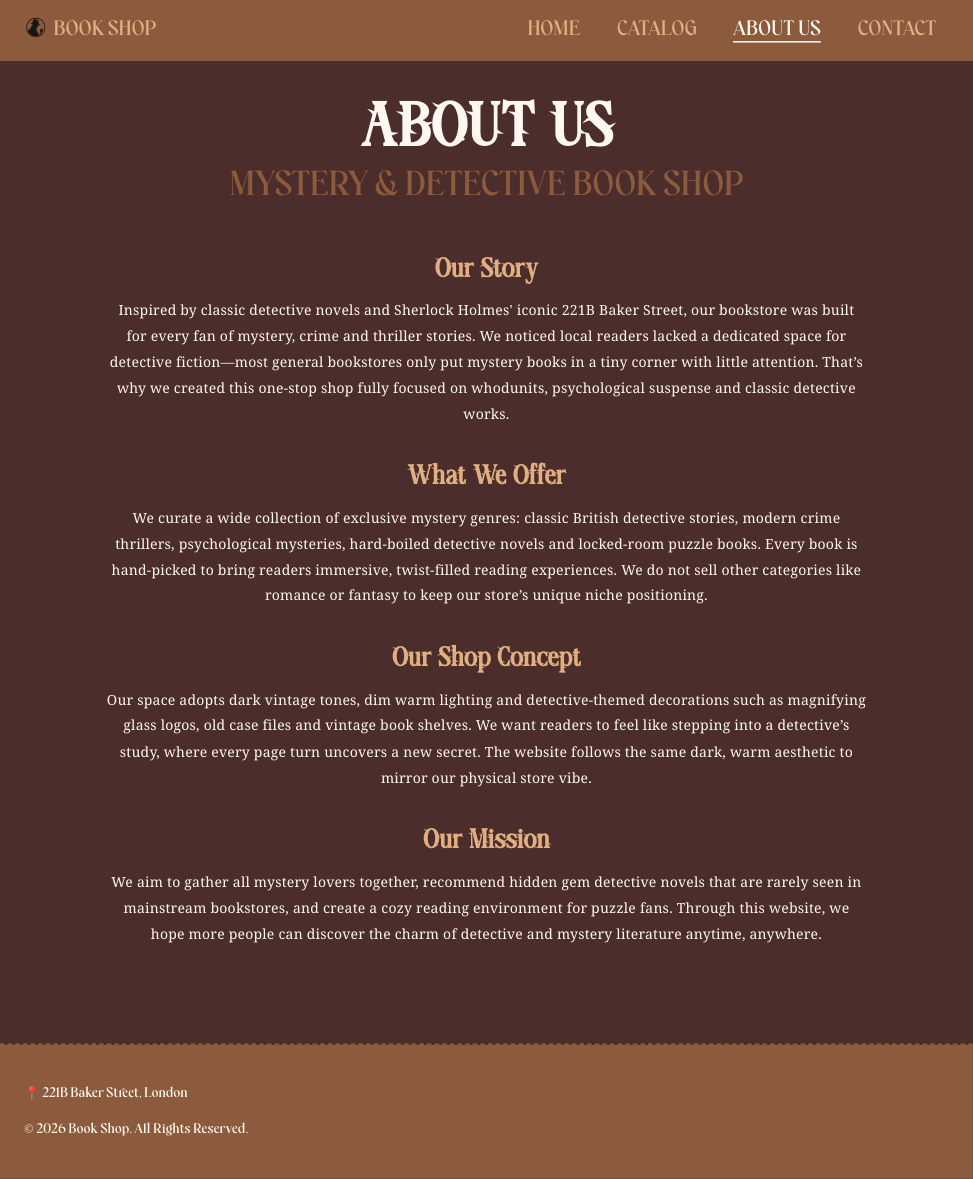
Repository: Nicholas0103/Book_Shop
Page: html/about.html
The author's editor kept a copy of each file at every save. The page is drawn from the files as they stood at one save, then again after the next save.
The browser window is 1280 px wide. The pictures show the whole page, at 76% of full size.

Above is the page before, as saved 2026-07-26 17:39:04.
Console error: TypeError: Cannot read properties of null (reading 'addEventListener')

### html/about.html

<!DOCTYPE html>
<html lang="en">

<head>
    <meta charset="UTF-8">
    <meta name="viewport" content="width=device-width, initial-scale=1.0">
    <title>Mystery Bookstore</title>
    <link rel="stylesheet" href="/css/style.css">
</head>

<body>

    <header>
        <div class="logo">
            <img src="/assets/images/logo.png" class="logo-img" alt="logo">
            <p>Book Shop</p>
        </div>
        <nav>
            <ul class="top-bar">
                <li><a href="index.html">Home</a></li>
                <li><a href="#features">Catalog</a></li>
                <li><a href="#about" class="active">About Us</a></li>
                <li><a href="#contact">Contact</a></li>
            </ul>
        </nav>
    </header>

    <main>
        <section id="about" class="about-section">
            <h2 class="section-title reveal">About Us</h2>
            <p class="section-subtitle reveal">Mystery & Detective Book Shop</p>
            <div class="about-container">
                <div class="about-block reveal">
                    <h3>Our Story</h3>
                    <p>Inspired by classic detective novels and Sherlock Holmes' iconic 221B Baker Street, our bookstore was built for every fan of mystery, crime and thriller stories. We noticed local readers lacked a dedicated space for detective fiction—most general bookstores only put mystery books in a tiny corner with little attention. That’s why we created this one-stop shop fully focused on whodunits, psychological suspense and classic detective works.</p>
                </div>
                <div class="about-block reveal">
                    <h3>What We Offer</h3>
                    <p>We curate a wide collection of exclusive mystery genres: classic British detective stories, modern crime thrillers, psychological mysteries, hard-boiled detective novels and locked-room puzzle books. Every book is hand-picked to bring readers immersive, twist-filled reading experiences. We do not sell other categories like romance or fantasy to keep our store’s unique niche positioning.</p>
                </div>
                <div class="about-block reveal">
                    <h3>Our Shop Concept</h3>
                    <p>Our space adopts dark vintage tones, dim warm lighting and detective-themed decorations such as magnifying glass logos, old case files and vintage book shelves. We want readers to feel like stepping into a detective’s study, where every page turn uncovers a new secret. The website follows the same dark, warm aesthetic to mirror our physical store vibe.</p>
                </div>
                <div class="about-block reveal">
                    <h3>Our Mission</h3>
                    <p>We aim to gather all mystery lovers together, recommend hidden gem detective novels that are rarely seen in mainstream bookstores, and create a cozy reading environment for puzzle fans. Through this website, we hope more people can discover the charm of detective and mystery literature anytime, anywhere.</p>
                </div>
            </div>
        </section>
    </main>

    <footer>
        <div class="footer-info">
            <p>📍 221B Baker Street, London</p>
            <p>&copy; 2026 Book Shop. All Rights Reserved.</p>
        </div>
    </footer>

    <script src="/js/script.js"></script>
</body>

</html>

### css/style.css
/* ========================================
1. COLOR
======================================== */

:root {
    --bg-color: #4B2E2B;
    --logo-color: #000000;
    --text-color: #e1af82;
    --hover-color: #FFF8F0;
    --border-color: #4B2E2B;
    --accent-color: #8C5A3C;

    --border-color: rgb(75, 46, 43);
}

/* ========================================
2. FONTS
======================================== */

@font-face {
    font-family: 'Hexen';
    src: url('/assets/fonts/Hexen.otf') format('opentype');
}

@font-face {
    font-family: 'Sins';
    src: url('/assets/fonts/Sins.otf') format('opentype');
}

@font-face {
    font-family: 'Kait';
    src: url('/assets/fonts/Kait.otf') format('opentype');
}

@font-face {
    font-family: 'Aulieny';
    src: url('/assets/fonts/Aulieny.otf') format('opentype');
}

/* ========================================
3. BASE STYLES
======================================== */

* {
    margin: 0;
    padding: 0;
    box-sizing: border-box;
    scroll-behavior: smooth;
}

body {
    margin: 0;
    padding: 0;
    background-color: var(--bg-color);
}

/* ========================================
4. HEADER
======================================== */

header {
    top: 0;
    left: 0;
    display: flex;
    align-items: center;
    justify-content: space-between;
    padding: 1rem 2rem;
    background-color: var(--accent-color);
    font-size: 1.5rem;
    position: relative;
    position: fixed;
    width: 100%;
    z-index: 1000;
}

.logo {
    display: flex;
    color: var(--text-color);
    font-family: Aulieny;
    text-transform: uppercase;
    gap: 0.5rem;
    align-items: center;
}

.logo-img {
    margin-bottom: 0.5rem;
    width: 30px;
}

.top-bar {
    display: flex;
    list-style: none;
    gap: 3rem;
    margin-right: 1rem;
}

.top-bar a {
    text-decoration: none;
    color: var(--text-color);
    text-transform: uppercase;
    font-family: Aulieny;
    transition: color 0.3s ease;
}

.top-bar a:hover {
    color: var(--hover-color);
}

/* ========================================
5. HOME SECTION
======================================== */

.home-section {
    min-height: 100vh;
    padding-top: 50vh;
    display: flex;
    align-items: center;
    padding: 80px 4rem 0 4rem;
    border-bottom: 2px dashed var(--accent-color);
    background: linear-gradient(rgba(75, 46, 43, 0.4), rgba(75, 46, 43, 0.4)), url('/assets/images/background-2.png');
    background-size: cover;
    background-repeat: no-repeat;
}

.hero-container {
    width: 100%;
    max-width: 1600px;
    margin: 0 auto;
    display: grid;
    grid-template-columns: 1fr 1fr;
    gap: 9rem;
    align-items: center;
}

.hero-text h1 {
    font-size: 8rem;
    line-height: 0.82;
    color: #fff8f0;
    margin: 0;
    font-family: Sins;
    letter-spacing: 2px;

}
.hero-text p {
    font-size: 2.2rem;
    color: #b88b68;
    margin: 1.2rem 0 3.5rem;
    letter-spacing: 2px;
}
.explore-btn {
    background: var(--accent-color);
    color: var(--hover-color);
    padding: 1rem 4rem 0.5rem 4rem;
    border-radius: 99px;
    font-size: 1.8rem;
    text-decoration: none;
    transition: 0.3s ease;
    display: inline-block;
    font-family: Aulieny;
}
.explore-btn:hover {
    background: #996b4b;
    transform: translateY(-4px);
}

.hero-books {
    position: relative;
    height: 400px;
    left: 2rem;
    margin-top: -4rem;
}
.book {
    width: 220px;
    height: 330px;
    object-fit: cover;
    border-radius: 6px;
    box-shadow: 0 8px 22px rgba(0,0,0,0.45);
    position: absolute;
    transition: all 0.3s ease;
}
.book1 {
    top: 0;
    left: 30px;
    transform: rotate(-6deg);
    z-index: 3;
}
.book2 {
    top: 80px;
    left: 130px;
    transform: rotate(4deg);
    z-index: 2;
}
.book3 {
    top: 140px;
    left: 60px;
    transform: rotate(-2deg);
    z-index: 1;
}
.book:hover {
    transform: rotate(0deg) translateY(-12px);
    z-index: 10;
}


/* ========================================
6. MAIN SECTION
======================================== */

.features-section, .about-section {
    padding: 3rem 1rem 5rem 1rem;
    text-align: center;
    border-bottom: 2px dashed var(--accent-color);
}

.section-title {
    font-family: Sins;
    font-size: 5rem;
    letter-spacing: 1px;
    color: var(--hover-color);
    margin-bottom: -0.5rem;
    text-transform: uppercase;
    margin-top: 5rem;
}

.section-subtitle {
    font-family: Aulieny;
    font-size: 2.5rem;
    color: var(--accent-color);
    margin-bottom: 3rem;
    text-transform: uppercase;
}

/* ========================================
5. FEATURES SECTION
======================================== */

.slider-wrapper {
    display: flex;
    align-items: center;
    justify-content: space-between;
    position: relative;
    margin: 0 auto;
}

.slider-track {
    flex: 0 0 calc(90% - 15px);
    display: flex;
    overflow: hidden;
    scroll-behavior: smooth;
    gap: 2rem;
    overflow-x: auto;

    padding-left: 2rem;
    padding-right: 2rem;
    box-sizing: border-box;
    -webkit-mask-image: linear-gradient(
        to right,
        transparent 0%,
        black 8%,
        black 92%,
        transparent 100%
    );
    mask-image: linear-gradient(
        to right,
        transparent 0%,
        black 8%,
        black 92%,
        transparent 100%
    );
}

.slider-track::-webkit-scrollbar {
    display: none;
}

.button-area {
    display: flex;
    width: 5%;
    justify-content: center;
    align-items: center;
}

.arrow-btn {
    background-color: #FFFDF8;
    color: #5A3500;
    border: none;
    width: 40px;
    height: 40px;
    border-radius: 50%;
    cursor: pointer;
    font-size: 1.1rem;
    display: flex;
    align-items: center;
    justify-content: center;
    z-index: 10;
    transition: background-color 0.2s;
}

.arrow-btn:hover {
    background-color: #D4AF37;
}

.book-card {
    display: flex;
    flex-direction: column;
    align-items: center;
}

.book-cover-link {
    display: block;
    width: 12rem;
    height: 20rem;
    margin-bottom: 15px;
    border-radius: 12px;
    overflow: hidden;
    border: 1px solid var(--hover-color);
    background-color: var(--accent-color);
}

.book-cover:hover {
    transform: scale(1.03);
    opacity: 1.0;
}

.book-cover {
    width: 100%;
    height: 100%;
    opacity: 0.8;
    object-fit: cover;
    display: block;
    transition: all 0.3s ease;
}

.buy-btn {
    background-color: #FFFDF8;
    color: #5A3500;
    border: none;
    padding: 0.3rem 3rem 0.1rem 3rem;
    border-radius: 20px;
    font-family: Aulieny;
    font-size: 0.95rem;
    cursor: pointer;
    transition: transform 0.2s, background-color 0.2s;
    margin-top: 1rem;
}

.buy-btn:hover {
    background-color: var(--accent-color);
    color: var(--hover-color);
    transform: translateY(-2px);
}


@media (max-width: 768px) {
    .book-card {
        flex: 0 0 calc(50% - 10px); /* 2 cards visible on mobile screens */
    }
}

/* ========================================
6. FOOTER
======================================== */

footer {
    background-color: var(--accent-color);
    padding: 3rem 2rem;
}

footer p {
    font-family: aulieny;
    font-size: 1rem;
    color: var(--hover-color);
    margin-bottom: 1rem;
}

footer p:last-child {
    margin-bottom: 0;
}

/* ========================================
7. ABOUT PAGE
======================================== */

.about-block {
    margin: 3rem auto;
    max-width: 1000px;
    text-align: center;
}
.about-block h3 {
    font-family: Sins;
    font-size: 2.2rem;
    margin-bottom: 1rem;
    color: var(--text-color);
    text-align: center;
}
.about-block p {
    font-size: 1.15rem;
    line-height: 1.85;
    color: var(--hover-color);
    font-family: Georgia, "Times New Roman", serif;
    letter-spacing: 0.3px;
}
.about-container {
    max-width: 1100px;
    margin: 0 auto;
    padding: 0 1rem;
}

/* Scroll Reveal Fade In Animation */
.reveal {
    opacity: 0;
    transform: translateY(40px);
    transition: all 0.8s ease-out;
}
.reveal.active {
    opacity: 1;
    transform: translateY(0);
}
.top-bar a.active {
    color: var(--hover-color);
    text-decoration: underline;
    text-decoration-color: var(--hover-color);
    text-decoration-thickness: 2px;
    text-underline-offset: 0.5rem;
}

### js/script.js
function revealAnimation() {
    const reveals = document.querySelectorAll('.reveal');
    const windowHeight = window.innerHeight;
    const revealPoint = 150;

    reveals.forEach(item => {
        const itemTop = item.getBoundingClientRect().top;
        if (itemTop < windowHeight - revealPoint) {
            item.classList.add('active');
        }
    });
}

function navScrollSpy() {
    const sections = document.querySelectorAll('section[id]');
    const navLinks = document.querySelectorAll('.top-bar a');
    const headerOffset = 120;

    let currentSection = "";
    sections.forEach(section => {
        const sectionTop = section.offsetTop - headerOffset;
        const sectionHeight = section.offsetHeight;
        if (window.scrollY >= sectionTop && window.scrollY < sectionTop + sectionHeight) {
            currentSection = section.getAttribute('id');
        }
    });

    navLinks.forEach(link => {
        link.classList.remove('active');
        if (link.getAttribute('href') === `#${currentSection}`) {
            link.classList.add('active');
        }
    });
}

window.addEventListener('scroll', () => {
    revealAnimation();
    navScrollSpy();
});
window.addEventListener('load', () => {
    revealAnimation();
    navScrollSpy();
});

document.addEventListener("DOMContentLoaded", () => {
    const sliderTrack = document.getElementById("sliderTrack");
    const prevBtn = document.getElementById("prevBtn");
    const nextBtn = document.getElementById("nextBtn");

    const scrollAmount = 200;

    nextBtn.addEventListener("click", () => {
        sliderTrack.scrollBy({
            left: scrollAmount,
            behavior: "smooth"
        });
    });

    prevBtn.addEventListener("click", () => {
        sliderTrack.scrollBy({
            left: -scrollAmount,
            behavior: "smooth"
        });
    });
});

After the next save:
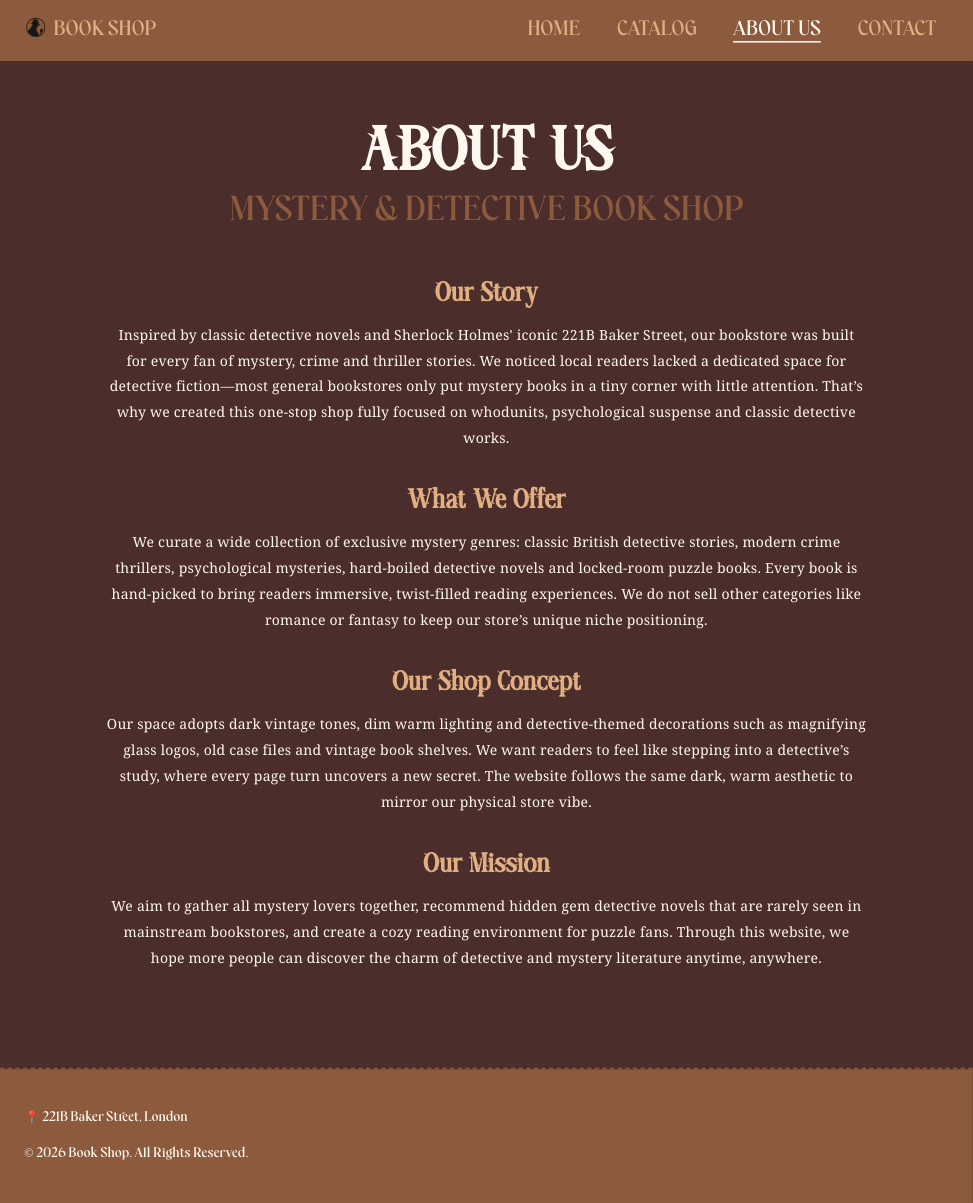
Saved 4 s later.
--- a/css/style.css
+++ b/css/style.css
@@ -219,7 +219,7 @@
     color: var(--hover-color);
     margin-bottom: -0.5rem;
     text-transform: uppercase;
-    margin-top: 5rem;
+    margin-top: 7rem;
 }
 
 .section-subtitle {

After the save that followed:
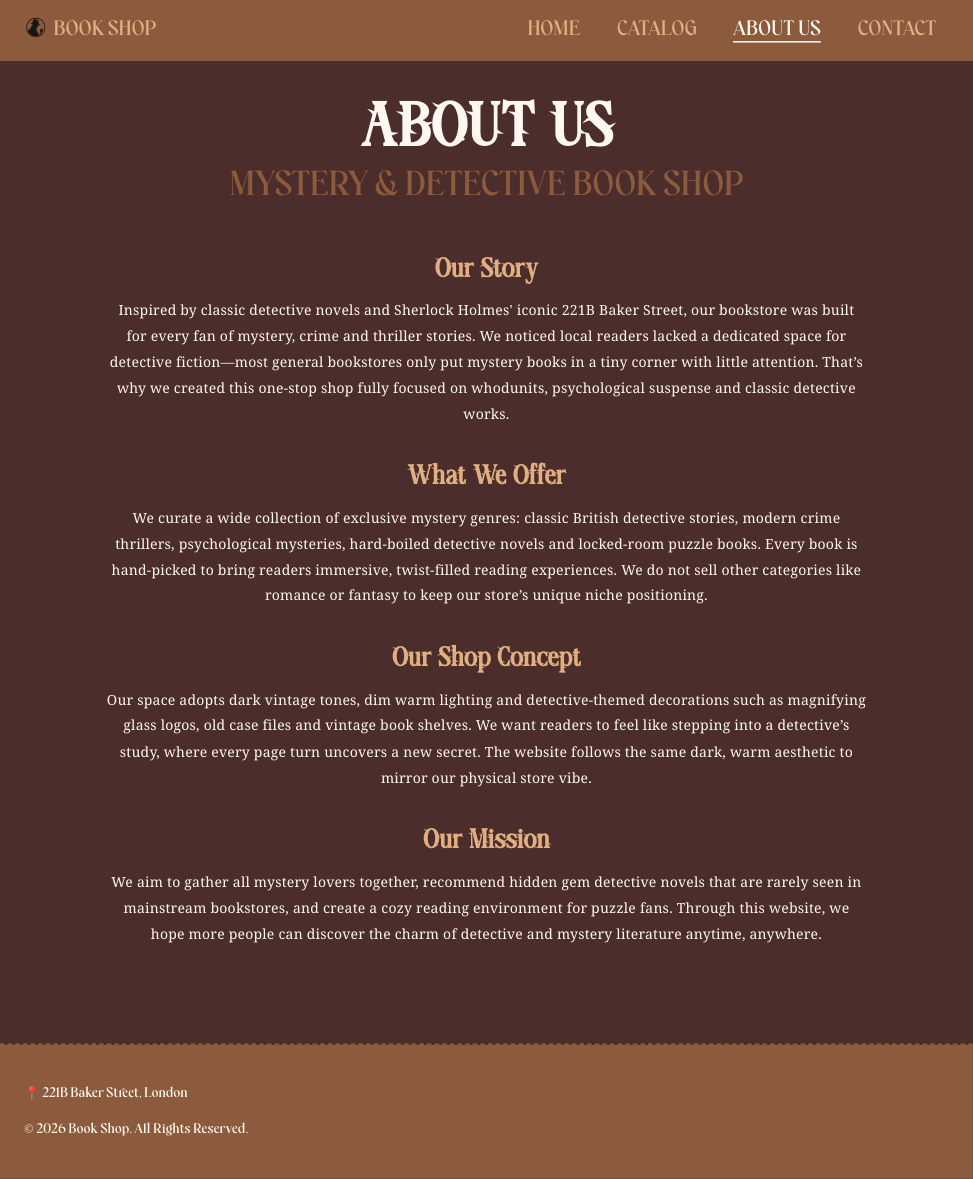
Saved 9 s later.
--- a/css/style.css
+++ b/css/style.css
@@ -207,7 +207,7 @@
 ======================================== */
 
 .features-section, .about-section {
-    padding: 3rem 1rem 5rem 1rem;
+    padding: 1rem 1rem 5rem 1rem;
     text-align: center;
     border-bottom: 2px dashed var(--accent-color);
 }
